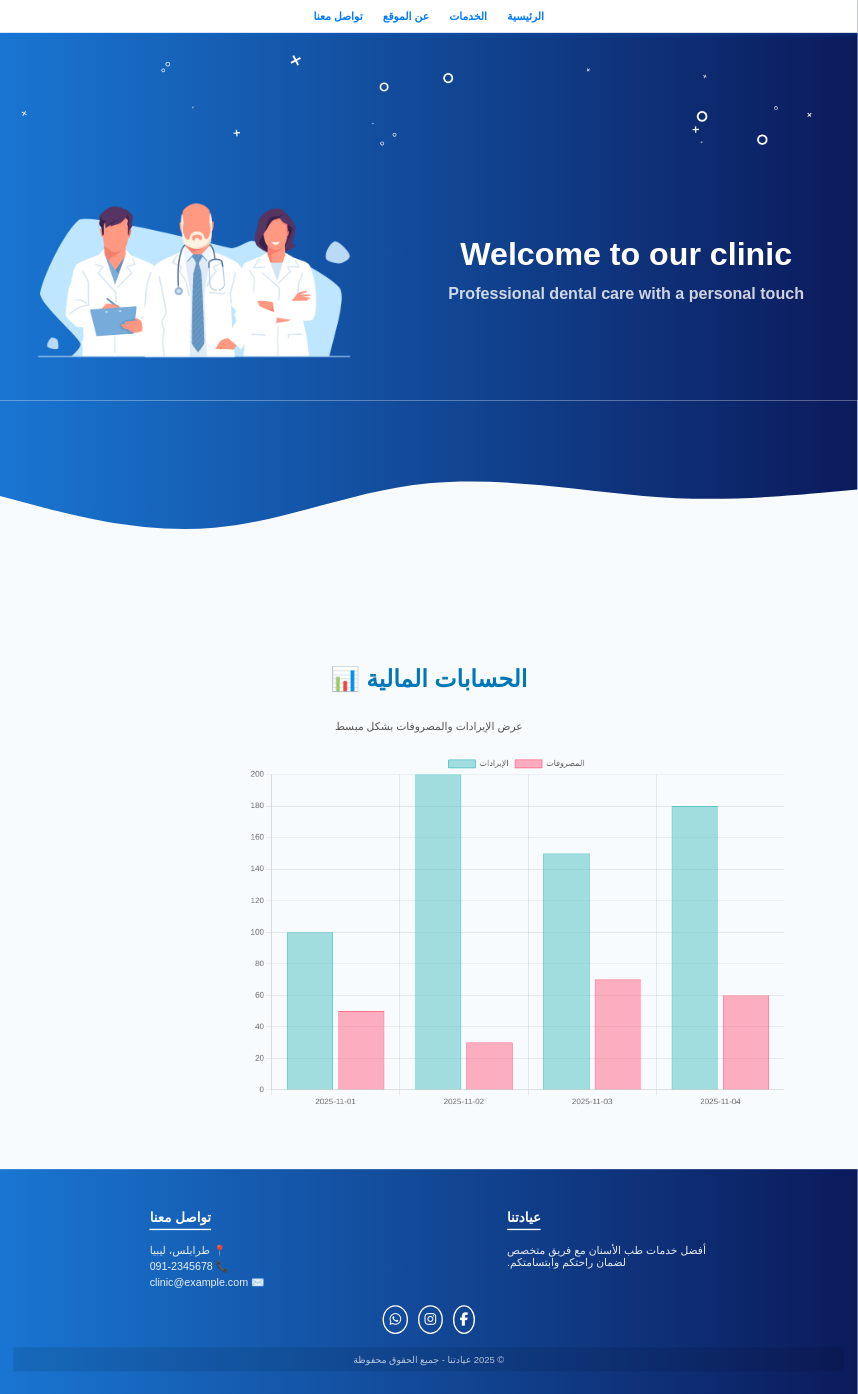
Repository: mysite4/s
Page: http://localhost/accounting-dashboard/
An editor plug-in stored every save of this project. The page is shown before and after the next save, followed by the edit.
The browser window is 1280 px wide. The pictures show the whole page, at 67% of full size.
Some web fonts or font styles are not loaded; a fallback is used. The page is served by the project's application, run on Django 5.2 (manage.py). Other server files are loaded and not shown. Queries for data that is not in the repository find no rows.

Above is the page before, as saved 2025-11-19 22:59:03.

### main/templates/services/accounting.html
{% extends 'base.html' %}
{% load static %}

{% block content %}
<link rel="stylesheet" href="{% static 'css/dashboard.css' %}">

<div class="page-container fade-in">
  <h1 class="page-title">الحسابات المالية 📊</h1>
  <p class="page-subtitle">عرض الإيرادات والمصروفات بشكل مبسط</p>

  <canvas id="accountingChart" style="max-width: 800px; margin-top: 30px;"></canvas>
</div>

<style>
.accounting-dashboard {
    padding: 20px;
}

.stats-container {
    display: flex;
    gap: 20px;
    margin-bottom: 40px;
}

.stat-card {
    background: #f4f4f4;
    padding: 15px 25px;
    border-radius: 8px;
    flex: 1;
    text-align: center;
    box-shadow: 0 2px 5px rgba(0,0,0,0.1);
}

.chart-container {
    width: 100%;
    max-width: 800px;
    margin: 0 auto;
}
</style>

<!-- Chart.js -->
<script src="https://cdn.jsdelivr.net/npm/chart.js"></script>

<script>
  // بيانات بسيطة للاختبار
  const accountingItems = [
    {date: "2025-11-01", income: 100, expense: 50},
    {date: "2025-11-02", income: 200, expense: 30},
    {date: "2025-11-03", income: 150, expense: 70},
    {date: "2025-11-04", income: 180, expense: 60}
  ];

  const ctx = document.getElementById('accountingChart').getContext('2d');

  new Chart(ctx, {
    type: 'bar',
    data: {
      labels: accountingItems.map(item => item.date),
      datasets: [
        {
          label: 'الإيرادات',
          data: accountingItems.map(item => item.income),
          backgroundColor: 'rgba(75, 192, 192, 0.5)',
          borderColor: 'rgba(75, 192, 192, 1)',
          borderWidth: 1
        },
        {
          label: 'المصروفات',
          data: accountingItems.map(item => item.expense),
          backgroundColor: 'rgba(255, 99, 132, 0.5)',
          borderColor: 'rgba(255, 99, 132, 1)',
          borderWidth: 1
        }
      ]
    },
    options: {
      responsive: true,
      scales: {
        y: {
          beginAtZero: true
        }
      }
    }
  });
</script>

{% endblock %}

### main/templates/base.html
{% load static %}
<!DOCTYPE html>
<html lang="ar" dir="rtl">
<head>
<meta charset="UTF-8">
<meta name="viewport" content="width=device-width, initial-scale=1.0">
<title>{% block title %}عيادتنا{% endblock %}</title>
<link href="https://fonts.googleapis.com/css2?family=Cairo:wght@200..1000&display=swap" rel="stylesheet">
<link rel="stylesheet" href="https://cdn.jsdelivr.net/npm/swiper@10/swiper-bundle.min.css"/>
<link rel="stylesheet" href="https://cdnjs.cloudflare.com/ajax/libs/font-awesome/6.5.0/css/all.min.css">
<link rel="stylesheet" href="{% static 'css/style.css' %}">
{% block extra_head %}{% endblock %}
</head>
<body>

<!-- الهيدر -->
<nav>
  <ul>
    <li>{% if request.path == '/' %}
  <a href="#" class="active">الرئيسية</a>
{% else %}
  <a href="{% url 'home' %}">الرئيسية</a>
{% endif %}
</li>
    <li>
    {% if request.path == '/' %}
      <a href="#services">الخدمات</a>
    {% else %}
      <a href="{% url 'home' %}#services">الخدمات</a>
    {% endif %}
  </li>
    <li>
    {% if request.path == '/' %}
      <a href="#about">عن الموقع</a>
    {% else %}
      <a href="{% url 'home' %}#about">عن الموقع</a>
    {% endif %}
  </li>
    <li><a href="#contact">تواصل معنا</a></li>
  </ul>
</nav>

<header id="home">
  <div class="header-image">
    <img src="{% static 'image/44.png' %}" alt="صورة شفافة">
  </div>
  <div class="header-content">
    <div class="header-text">
      <h1>Welcome to our clinic</h1>
      <h3>Professional dental care with a personal touch</h3>
    </div>
    <div class="header-icon">
      <img src="{% static 'image/r.png.png' %}" alt="ريم">
    </div>
  </div>
</header>
<!-- موجة -->
<svg class="waves" xmlns="http://www.w3.org/2000/svg" viewBox="0 0 1440 320">
  <defs>
    <linearGradient id="waveGradient" x1="0%" y1="0%" x2="100%" y2="0%">
      <stop offset="0%" style="stop-color:#1976d2;stop-opacity:1" />
      <stop offset="100%" style="stop-color:#0b1a5b;stop-opacity:1"/>
    </linearGradient>
  </defs>
  <path fill="url(#waveGradient)" d="M0,160L60,176C120,192,240,224,360,213.3C480,203,600,149,720,138.7C840,128,960,149,1080,160C1200,171,1320,160,1380,154.7L1440,149L1440,0L0,0Z"></path>
</svg>
<!-- مكان المحتوى لكل صفحة -->
<main>
  {% block content %}{% endblock %}
</main>

<!-- الفوتر -->
<footer id="contact">
  <div class="footer-container">
    <div class="footer-col">
      <h3>عيادتنا</h3>
      <p>أفضل خدمات طب الأسنان مع فريق متخصص لضمان راحتكم وابتسامتكم.</p>
    </div>

    <div class="footer-col">
      <h3>تواصل معنا</h3>
      <ul>
        <li>📍 طرابلس، ليبيا</li>
        <li>📞 091-2345678</li>
        <li>✉️ clinic@example.com</li>
      </ul>
    </div>
  </div>

  <div class="social-icons">
    <a href="#"><i class="fab fa-facebook-f"></i></a>
    <a href="#"><i class="fab fa-instagram"></i></a>
    <a href="#"><i class="fab fa-whatsapp"></i></a>
  </div>

  <p class="bottom-text">© 2025 عيادتنا - جميع الحقوق محفوظة</p>
</footer>

<script src="https://cdn.jsdelivr.net/npm/swiper@10/swiper-bundle.min.js"></script>
{% block extra_js %}{% endblock %}

<!-- Bootstrap JS -->
<script src="https://cdn.jsdelivr.net/npm/bootstrap@5.3.0/dist/js/bootstrap.bundle.min.js"></script>

</body>
</html>

### main/views.py
from django.shortcuts import render, redirect
from django.http import JsonResponse
from django.utils import timezone
from django.db.models import Sum
from .models import Appointment, Patient, Notification, Invoice
from .forms import AppointmentForm, PatientForm

# الصفحة الرئيسية
def home(request):
    return render(request, 'home.html')


# صفحة الحجز
def booking_page(request):
    if request.method == 'POST':
        form = AppointmentForm(request.POST)
        if form.is_valid():
            appointment = form.save()  # يخزن الموعد

            # الحصول على الملاحظات من الفورم
            patient_name = form.cleaned_data['name']
            patient_phone = form.cleaned_data['phone']
            patient_notes = form.cleaned_data.get('message', '')

            # إنشاء أو تحديث المريض لتخزين الملاحظات
            patient, created = Patient.objects.update_or_create(
                name=patient_name,
                defaults={
                    'phone': patient_phone,
                    'notes': patient_notes
                }
            )

            return render(request, 'booking_success.html')
    else:
        form = AppointmentForm()
    return render(request, 'booking.html', {'form': form})


# عرض جميع المواعيد
def appointments(request):
    appointments_list = Appointment.objects.all().order_by('-date', '-time')
    return render(request, 'services/appointments.html', {'appointments': appointments_list})


# عرض وإضافة المرضى
def patients_view(request):
    if request.method == 'POST':
        form = PatientForm(request.POST)
        if form.is_valid():
            form.save()
            return redirect('patients')
    else:
        form = PatientForm()

    patients_list = Patient.objects.all().order_by('-id')
    return render(request, 'services/patients.html', {'form': form, 'patients': patients_list})


# صفحات الخدمات الأخرى (عرض فقط)
def accounting(request):
    return render(request, 'services/accounting.html')

def reception(request):
    return render(request, 'services/reception.html')

def tasks(request):
    return render(request, 'services/tasks.html')

def emergency(request):
    return render(request, 'services/emergency.html')


# تعديل موعد باستخدام AJAX
def edit_appointment(request):
    if request.method == "POST":
        appointment_id = request.POST.get("appointment_id")
        appointment = Appointment.objects.get(id=appointment_id)
        appointment.name = request.POST.get("patient_name")
        appointment.date = request.POST.get("date")
        appointment.time = request.POST.get("time")
        appointment.save()
        return JsonResponse({"success": True})
    return JsonResponse({"success": False})


# صفحة الإحصائيات (عدد المرضى + الحجوزات التي أُدخلت اليوم)
def stats_view(request):
    today = timezone.localdate()  # تاريخ اليوم حسب المنطقة الزمنية

    # عدد المرضى الكلي
    total_patients = Patient.objects.count()

    # عدد الحجوزات التي تم إدخالها اليوم
    visits_today = Appointment.objects.filter(created_at__date=today).count()

    context = {
        'total_patients': total_patients,
        'visits_today': visits_today,
    }

    return render(request, 'services/statistics.html', context)


# صفحة الإشعارات
def notifications_page(request):
    notifications = Notification.objects.filter(is_active=True).order_by('-created_at')
    return render(request, 'services/notifications.html', {'notifications': notifications})


# لوحة المحاسبة
def accounting_dashboard(request):
    # جلب البيانات وتجميعها حسب الشهر
    data = Invoice.objects.values('date__month').annotate(total=Sum('amount')).order_by('date__month')

    invoice_labels = [f"Month {item['date__month']}" for item in data]
    income_data = [item['total'] for item in data]

    total_income = sum(income_data)  # حساب مجموع الإيرادات

    return render(request, 'services/accounting.html', {
        'invoice_labels': invoice_labels,
        'income_data': income_data,
        'total_income': total_income,
    })

### mysite/urls.py
"""
URL configuration for mysite project.

The `urlpatterns` list routes URLs to views. For more information please see:
    https://docs.djangoproject.com/en/5.2/topics/http/urls/
Examples:
Function views
    1. Add an import:  from my_app import views
    2. Add a URL to urlpatterns:  path('', views.home, name='home')
Class-based views
    1. Add an import:  from other_app.views import Home
    2. Add a URL to urlpatterns:  path('', Home.as_view(), name='home')
Including another URLconf
    1. Import the include() function: from django.urls import include, path
    2. Add a URL to urlpatterns:  path('blog/', include('blog.urls'))
"""
from django.contrib import admin
from django.urls import path, include

urlpatterns = [
    path('admin/', admin.site.urls),
    path('', include('main.urls')),
]

### main/urls.py
from django.urls import path
from . import views
from .views import accounting_dashboard

urlpatterns = [
    path('', views.home, name='home'),
    path('booking/', views.booking_page, name='booking_page'),
    path('services/appointments/', views.appointments, name='appointments'),
    path('services/patients/', views.patients_view, name='patients'),
     path("accounting-dashboard/", accounting_dashboard, name="accounting_dashboard"),
    path('services/reception/', views.reception, name='reception'),
    path('services/notifications/', views.notifications_page, name='notifications'),
    path('services/statistics/', views.stats_view, name='statistics'),  # ✅ تم التعديل هنا
    path('services/tasks/', views.tasks, name='tasks'),
    path('services/emergency/', views.emergency, name='emergency'),
    path('edit_appointment/', views.edit_appointment, name='edit_appointment'),
]

### main/static/css/dashboard.css
@import url('https://fonts.googleapis.com/css2?family=Cairo:wght@400;600;700&display=swap');

body {
  font-family: 'Cairo', sans-serif;
  background-color: #f8fbfd;
  color: #222;
  margin: 0;
  padding: 0;
  direction: rtl;
}

.page-container {
  width: 90%;
  margin: 60px auto;
  text-align: center;
}

.page-title {
  font-size: 2.2rem;
  color: #0077b6;
  margin-bottom: 40px;
  font-weight: 700;
  text-align: center;

}

.grid-container {
  display: grid;
  grid-template-columns: repeat(auto-fit, minmax(270px, 1fr));
  gap: 25px;
}

.card {
  background-color: #fff;
  padding: 25px;
  border-radius: 18px;
  box-shadow: 0 3px 15px rgba(0, 0, 0, 0.07);
  transition: transform 0.3s ease, box-shadow 0.3s ease;
}

.card:hover {
  transform: translateY(-6px);
  box-shadow: 0 5px 18px rgba(0, 0, 0, 0.1);
}

.card h3 {
  color: #023e8a;
  margin-bottom: 10px;
}

.card p {
  font-size: 0.95rem;
  color: #555;
  margin-bottom: 15px;
}

.btn-main, .btn-secondary, .btn-alert {
  border: none;
  border-radius: 12px;
  padding: 10px 20px;
  cursor: pointer;
  font-weight: bold;
  transition: all 0.3s ease;
}

.btn-main {
  background-color: #0077b6;
  color: white;
}

.btn-main:hover {
  background-color: #0096c7;
}

.btn-secondary {
  background-color: #90e0ef;
  color: #023e8a;
}

.btn-secondary:hover {
  background-color: #48cae4;
}

.btn-alert {
  background-color: #ef476f;
  color: white;
}

.btn-alert:hover {
  background-color: #d62839;
}

.fade-in {
  animation: fadeIn 0.8s ease forwards;
  opacity: 0;
}

@keyframes fadeIn {
  from { opacity: 0; transform: translateY(15px); }
  to { opacity: 1; transform: translateY(0); }
}

.stats-page {
  padding: 40px;
}

.page-subtitle {
  color: #555;
  margin-bottom: 30px;
}

.stats-cards {
  display: grid;
  grid-template-columns: repeat(auto-fit, minmax(230px, 1fr));
  gap: 20px;
  margin-bottom: 40px;
}

.stat-card {
  text-align: center;
  padding: 20px;
  border-radius: 15px;
  background: #fff;
  box-shadow: 0 4px 10px rgba(0,0,0,0.08);
}

.stat-number {
  font-size: 2rem;
  font-weight: bold;
  color: #333;
}

.stat-change {
  display: inline-block;
  margin-top: 8px;
  font-size: 0.9rem;
  border-radius: 12px;
  padding: 4px 10px;
}

.stat-change.positive {
  background: #d4edda;
  color: #155724;
}

.stat-change.negative {
  background: #f8d7da;
  color: #721c24;
}

.stat-change.neutral {
  background: #e2e3e5;
  color: #383d41;
}

.charts-section {
  display: grid;
  grid-template-columns: repeat(auto-fit, minmax(300px, 1fr));
  gap: 25px;
}

.chart-card {
  background: #fff;
  border-radius: 15px;
  box-shadow: 0 4px 10px rgba(0,0,0,0.08);
  padding: 20px;
  text-align: center;
}

.chart-card img {
  width: 100%;
  margin-top: 10px;
  border-radius: 10px;
}

.tasks-page {
  padding: 40px;
}

.page-subtitle {
  color: #555;
  margin-bottom: 25px;
}

.add-task-card {
  display: flex;
  justify-content: center;
  align-items: center;
  gap: 10px;
  margin-bottom: 40px;
}

.task-input {
  width: 60%;
  padding: 12px 15px;
  border-radius: 10px;
  border: 1px solid #ccc;
  font-size: 1rem;
  transition: 0.3s;
}

.task-input:focus {
  border-color: #007bff;
  outline: none;
  box-shadow: 0 0 5px rgba(0,123,255,0.2);
}

.tasks-grid {
  display: grid;
  grid-template-columns: repeat(auto-fit, minmax(270px, 1fr));
  gap: 25px;
}

.task-column {
  background: #fff;
  border-radius: 15px;
  box-shadow: 0 3px 10px rgba(0,0,0,0.08);
  padding: 20px;
}

.task-column h3 {
  margin-bottom: 15px;
  border-bottom: 2px solid #eee;
  padding-bottom: 8px;
}

.task-card {
  background: #f9f9f9;
  border-radius: 12px;
  padding: 15px;
  margin-bottom: 12px;
  box-shadow: 0 2px 6px rgba(0,0,0,0.05);
  transition: 0.3s;
}

.task-card:hover {
  transform: translateY(-3px);
}

.task-card h4 {
  margin: 0 0 5px 0;
  font-size: 1.1rem;
}

.task-card p {
  font-size: 0.9rem;
  color: #555;
}

.tag {
  display: inline-block;
  margin-top: 8px;
  font-size: 0.8rem;
  padding: 4px 10px;
  border-radius: 10px;
  background: #ddd;
}

.in-progress {
  border-left: 5px solid #007bff;
}

.done {
  border-left: 5px solid #28a745;
}

.delayed {
  border-left: 5px solid #dc3545;
}

.emergency-page {
  padding: 40px;
}

.page-subtitle {
  color: #555;
  margin-bottom: 25px;
}

.alert-banner {
  background: #ffe5e5;
  color: #b10000;
  border-left: 6px solid #ff3b3b;
  padding: 15px 20px;
  border-radius: 10px;
  margin-bottom: 30px;
  font-weight: 600;
}

.emergency-grid {
  display: grid;
  grid-template-columns: repeat(auto-fit, minmax(280px, 1fr));
  gap: 25px;
  margin-bottom: 40px;
}

.emergency-card {
  border-radius: 15px;
  padding: 25px;
  color: #fff;
  transition: 0.3s;
  box-shadow: 0 4px 10px rgba(0,0,0,0.15);
}

.emergency-card h3 {
  margin-bottom: 10px;
}

.emergency-card p {
  font-size: 0.95rem;
  opacity: 0.9;
  margin-bottom: 15px;
}

.emergency-card.red {
  background: linear-gradient(135deg, #e53935, #b71c1c);
}

.emergency-card.orange {
  background: linear-gradient(135deg, #ff9800, #e65100);
}

.emergency-card.green {
  background: linear-gradient(135deg, #4caf50, #1b5e20);
}

.emergency-card:hover {
  transform: translateY(-5px);
}

.contact-emergency {
  background: #fff;
  padding: 25px;
  border-radius: 15px;
  text-align: center;
  box-shadow: 0 3px 10px rgba(0,0,0,0.08);
}

.hotline {
  font-size: 1.6rem;
  font-weight: 700;
  color: #e53935;
  margin: 10px 0 20px;
}

.pulse {
  animation: pulse 1.5s infinite;
}

@keyframes pulse {
  0% { transform: scale(1); box-shadow: 0 0 0 0 rgba(229,57,53, 0.6); }
  70% { transform: scale(1.05); box-shadow: 0 0 0 10px rgba(229,57,53, 0); }
  100% { transform: scale(1); box-shadow: 0 0 0 0 rgba(229,57,53, 0); }
}

Loaded but not shown: main/static/css/style.css (525 lines, source omitted)

After the next save:
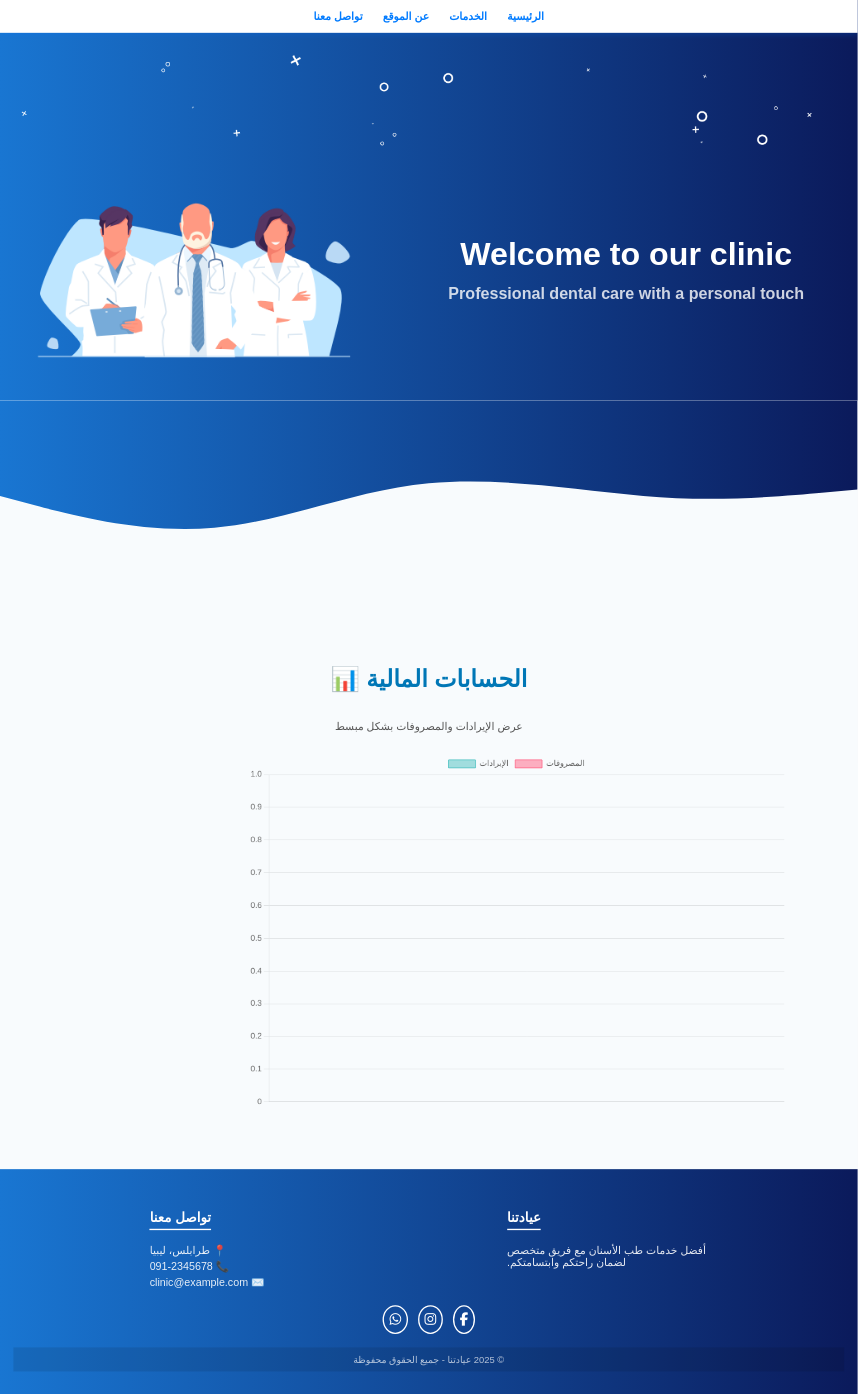
Saved 10 min 12 s later.
--- a/main/templates/services/accounting.html
+++ b/main/templates/services/accounting.html
@@ -10,6 +10,53 @@
 
   <canvas id="accountingChart" style="max-width: 800px; margin-top: 30px;"></canvas>
 </div>
+
+<!-- Chart.js -->
+<script src="https://cdn.jsdelivr.net/npm/chart.js"></script>
+
+<script>
+  // جلب البيانات من Django
+  const accountingItems = [
+    {% for item in accounting_items %}
+      {
+        date: "{{ item.date }}",
+        income: {{ item.income }},
+        expense: {{ item.expense }}
+      }{% if not forloop.last %},{% endif %}
+    {% endfor %}
+  ];
+
+  const ctx = document.getElementById('accountingChart').getContext('2d');
+
+  new Chart(ctx, {
+    type: 'bar',
+    data: {
+      labels: accountingItems.map(item => item.date),
+      datasets: [
+        {
+          label: 'الإيرادات',
+          data: accountingItems.map(item => item.income),
+          backgroundColor: 'rgba(75, 192, 192, 0.5)',
+          borderColor: 'rgba(75, 192, 192, 1)',
+          borderWidth: 1
+        },
+        {
+          label: 'المصروفات',
+          data: accountingItems.map(item => item.expense),
+          backgroundColor: 'rgba(255, 99, 132, 0.5)',
+          borderColor: 'rgba(255, 99, 132, 1)',
+          borderWidth: 1
+        }
+      ]
+    },
+    options: {
+      responsive: true,
+      scales: {
+        y: { beginAtZero: true }
+      }
+    }
+  });
+</script>
 
 <style>
 .accounting-dashboard {
@@ -38,50 +85,4 @@
 }
 </style>
 
-<!-- Chart.js -->
-<script src="https://cdn.jsdelivr.net/npm/chart.js"></script>
-
-<script>
-  // بيانات بسيطة للاختبار
-  const accountingItems = [
-    {date: "2025-11-01", income: 100, expense: 50},
-    {date: "2025-11-02", income: 200, expense: 30},
-    {date: "2025-11-03", income: 150, expense: 70},
-    {date: "2025-11-04", income: 180, expense: 60}
-  ];
-
-  const ctx = document.getElementById('accountingChart').getContext('2d');
-
-  new Chart(ctx, {
-    type: 'bar',
-    data: {
-      labels: accountingItems.map(item => item.date),
-      datasets: [
-        {
-          label: 'الإيرادات',
-          data: accountingItems.map(item => item.income),
-          backgroundColor: 'rgba(75, 192, 192, 0.5)',
-          borderColor: 'rgba(75, 192, 192, 1)',
-          borderWidth: 1
-        },
-        {
-          label: 'المصروفات',
-          data: accountingItems.map(item => item.expense),
-          backgroundColor: 'rgba(255, 99, 132, 0.5)',
-          borderColor: 'rgba(255, 99, 132, 1)',
-          borderWidth: 1
-        }
-      ]
-    },
-    options: {
-      responsive: true,
-      scales: {
-        y: {
-          beginAtZero: true
-        }
-      }
-    }
-  });
-</script>
-
 {% endblock %}
